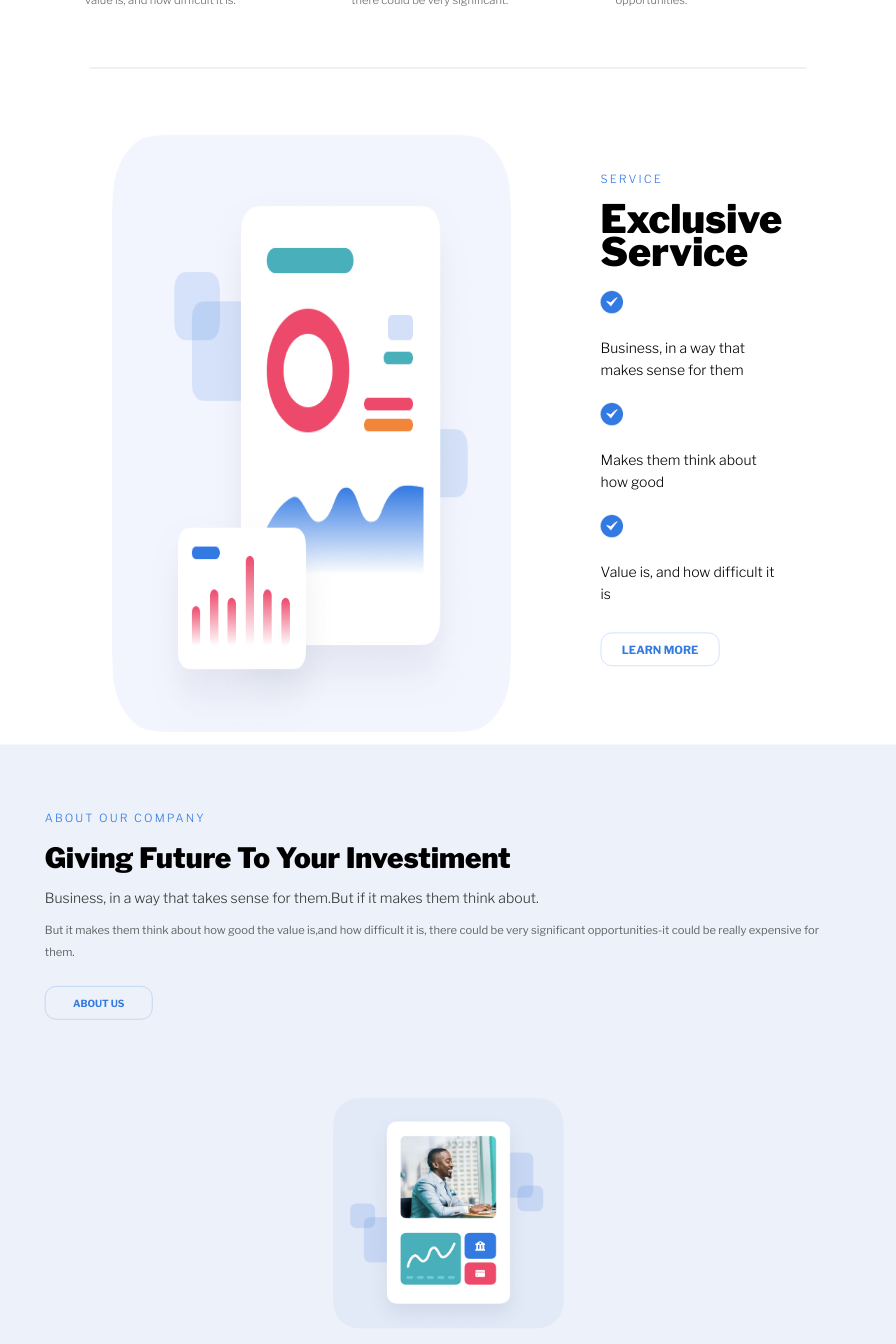
Repository: juniorAntunes910/Make-Money-Design-Avaliacao
Page: index.html
These files come from the project's save history. The page is drawn as it stood at one moment and after the next save; the edit follows.
The browser window is 1280 px wide. The pictures show the part of the page from y = 1421 to 3341 px (the page is 8522 px tall before and 8314 px after), at 70% of full size.

Above is the page before, as saved 2026-03-13 12:10:07.

After the next save:
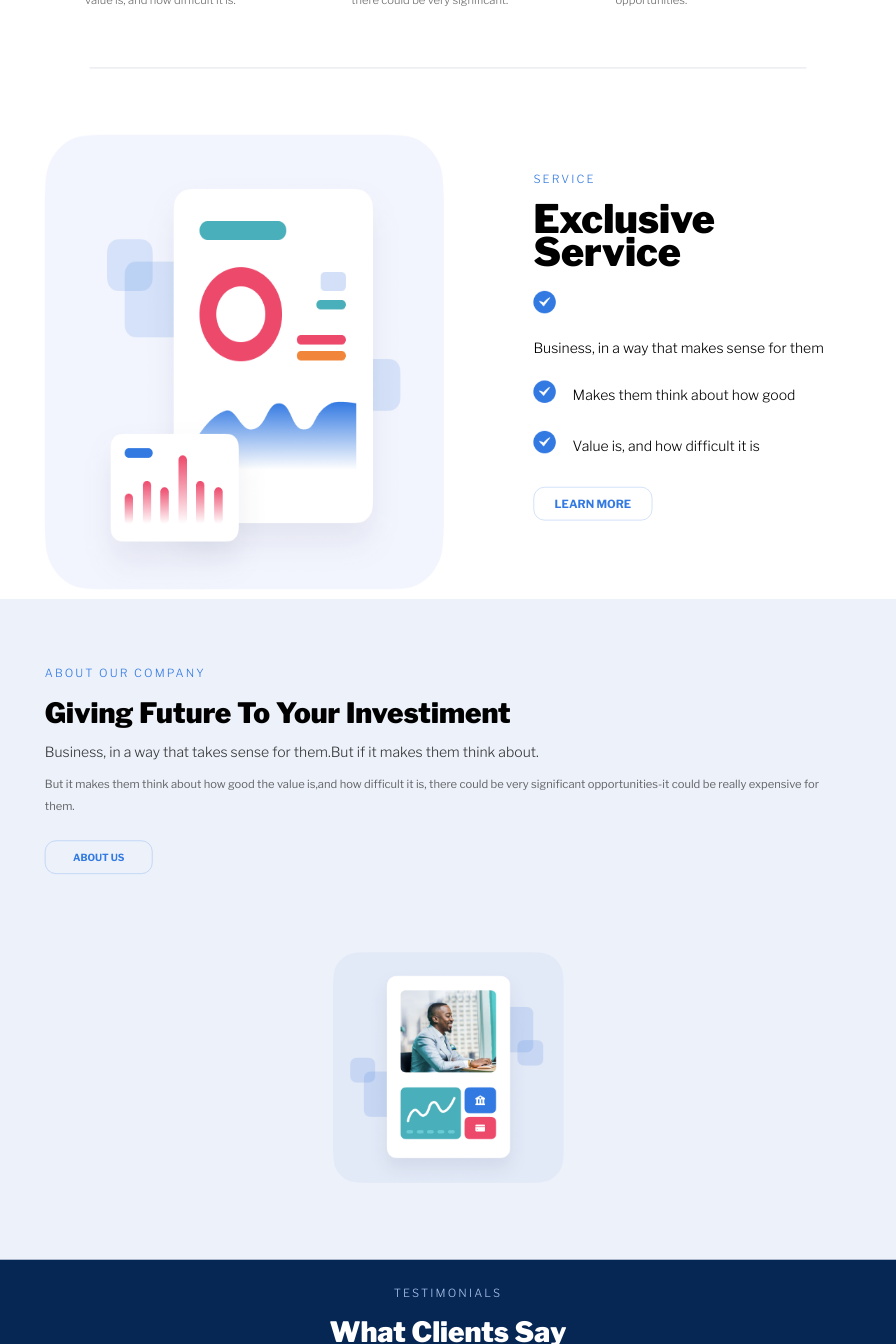
Saved 6 s later.
--- a/index.html
+++ b/index.html
@@ -151,7 +151,7 @@
     <div id="line-division-main" class="container"></div><!--Linha de divisão entre main-content e service-->
 
 
-    <section id="service" class="container container-desktop">
+    <section id="service" class="container">
 
         <div id="service-img-box">
             <img src="Assets/Mobile/service/img-service-graph-mobile.png" alt="Imagem de dois graficos minimalistas, um grafico sendo o maior e possuindo varios graficos
